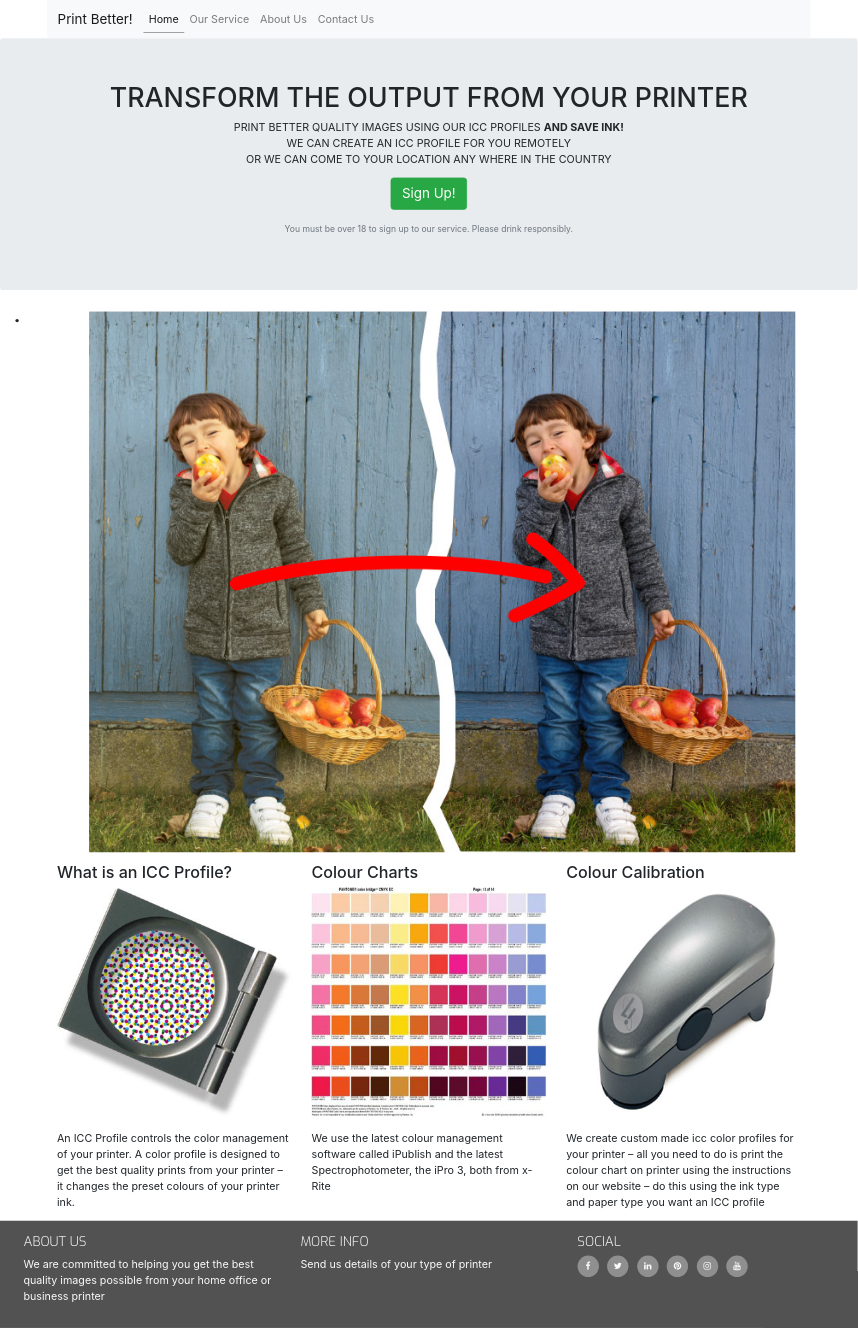
Repository: marks530/first_milestone
Page: navbar2.html
These files come from the project's save history. The page is drawn as it stood at one moment and after the next save; the edit follows.
The browser window is 1280 px wide. The pictures show the whole page, at 67% of full size.
Some web libraries are served in a nearby version.

Above is the page before, as saved 2021-03-17 15:01:55.

After the next save:
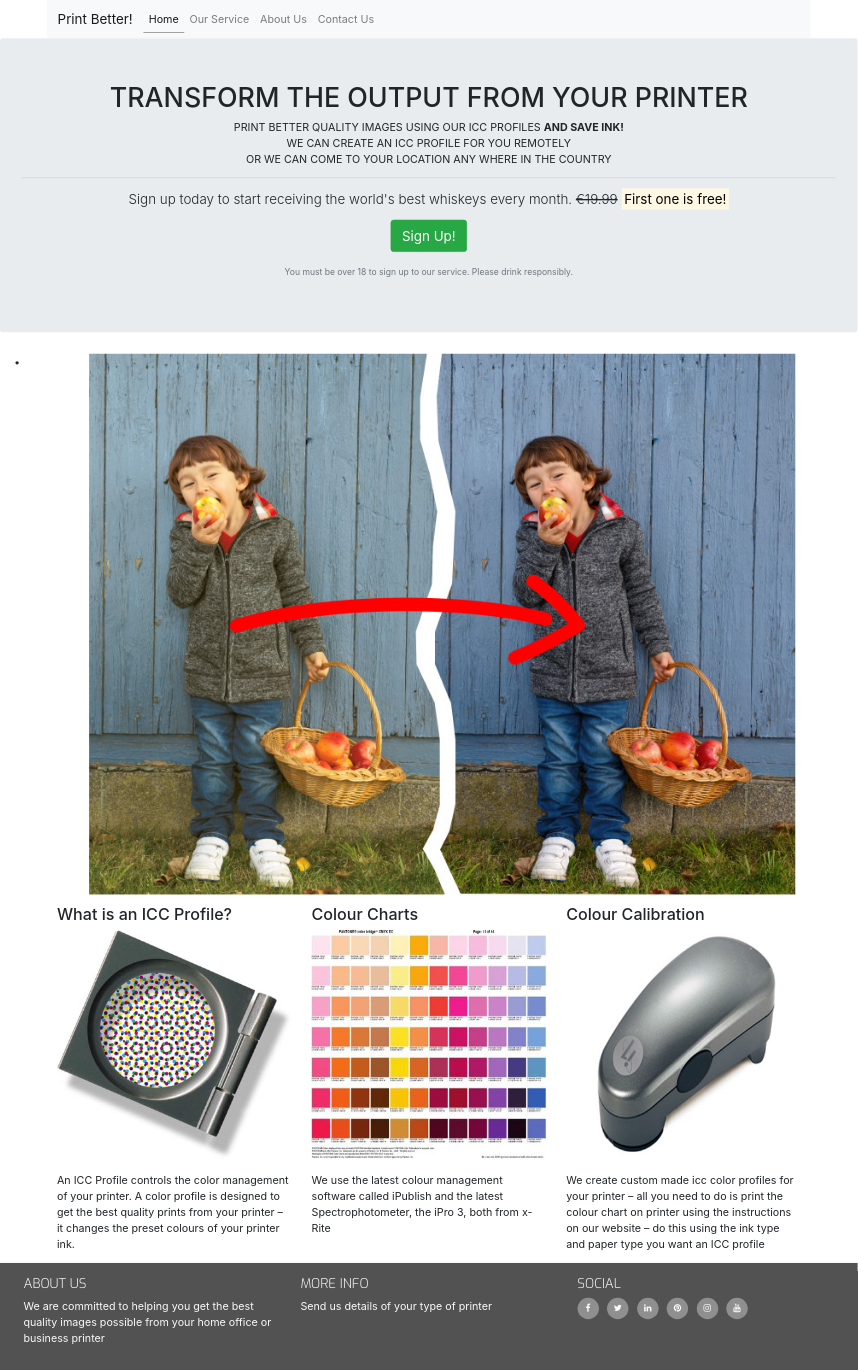
Saved 101 s later.
--- a/navbar2.html
+++ b/navbar2.html
@@ -45,6 +45,11 @@
             <h1 class="uppercase">Transform the output from your Printer</h1>
             <p class="uppercase">Print better quality images using our ICC profiles <strong>and save ink!</strong><br>We can create an ICC profile for you remotely <br>or we can come to your location any where in the country
             </p>
+            <hr class="block-divider block-divider--orange">
+            <p class="lead">Sign up today to start receiving the world's best whiskeys every month.
+                <s class="d-none d-sm-inline">€19.99</s>
+                <span class="d-inline d-sm-none"><br></span>
+                <strong><mark>First one is free!</mark></strong></p>
             <p><button class="btn btn-lg btn-success" data-toggle="modal" data-target="#signUpModal">Sign Up!</button></p>
             <p class="text-muted"><small>You must be over 18 to sign up to our service. Please drink responsibly.</small></p>
         </div>
